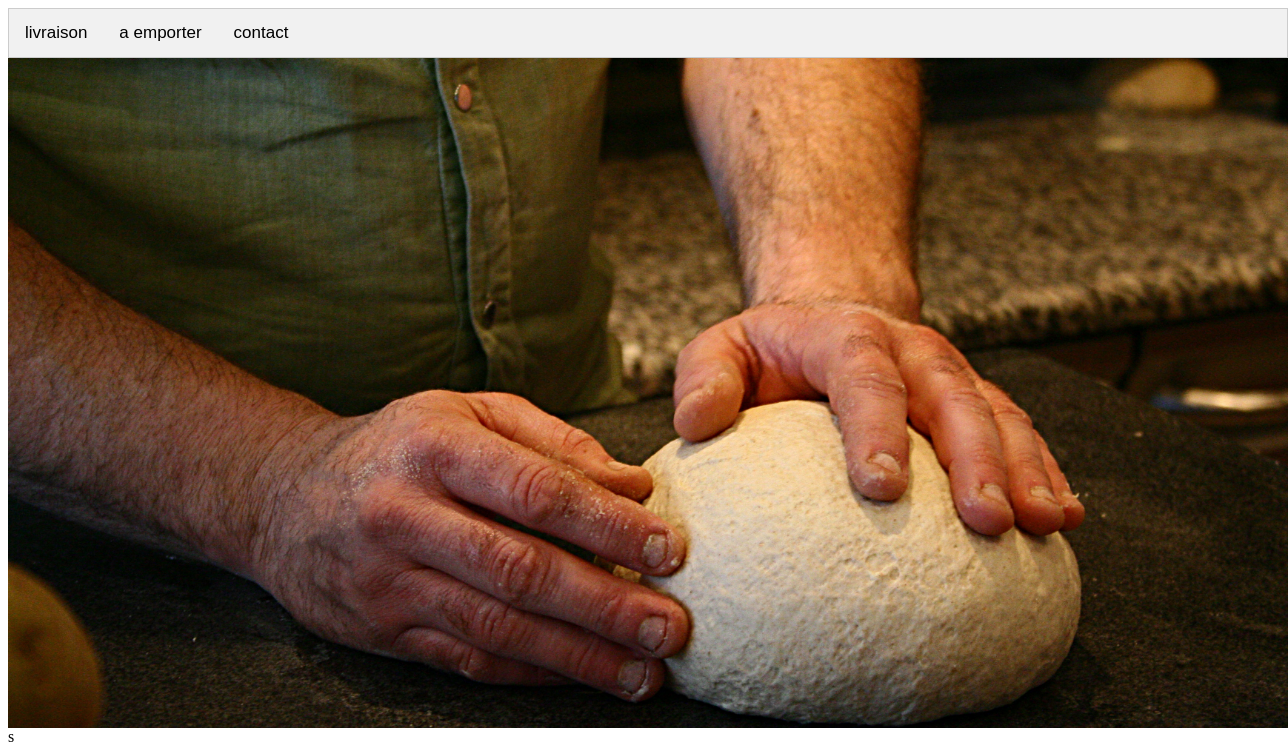
Repository: dev84-unalien/pippo_pizza
Page: admin.html
An editor plug-in stored every save of this project. The page is shown before and after the next save, followed by the edit.
The browser window is 1280 px wide. The page is 1288 px wide, so the pictures cover 1288 px, including what lies to the right of the window. The pictures show the whole page.

Above is the page before, as saved 2019-09-09 12:22:28.

### admin.html
<!DOCTYPE html>
<html lang="en">

<head>
    <meta charset="UTF-8">
    <meta name="viewport" content="width=device-width, initial-scale=1.0">
    <meta http-equiv="X-UA-Compatible" content="ie=edge">
    <title>pizzaria pippo</title>
    <link rel="stylesheet" href="admin.css">
    <script src="jquery-3.4.1.min.js"></script>
    <script src="admin.js"></script>

</head>

<body>
    <div id=unos>
        <div id=commande>



            <div class="tab">
                <button class="tablinks" onclick="openCity(event, 'livraison')">livraison</button>
                <button class="tablinks" onclick="openCity(event, 'emporter')">a emporter</button>
                <button class="tablinks" onclick="openCity(event, 'contact')">contact</button>
            </div>

            <div id="livraison" class="tabcontent">
                <h3>livraison</h3>
            </div>

            <div id="emporter" class="tabcontent">
                <h3>emporter</h3>

            </div>

            <div id="contact" class="tabcontent">
                <h3>contact</h3>
                <p>45 avenue des Frères Lumière 69008 Lyon</p>
                <p>
                    04 78 00 81 65</p>
            </div>




            </form>

        </div>

    </div>
</body>

</html>s

### admin.css
#unos {
  height: 100vh;
  width: 100vw;
  background-image: url("images/ajoutpizza.jpg");
  justify-content: cover;
  background-size: 100vw;

}

#formulaire {
  height: 50%;
  width: 50%;
  background-color: aliceblue;
}

#livraison {
  background-color: aquamarine;
}

#emporter {
  background-color: beige;
}

#contact {
  background-color: powderblue;
}

.tab {
  overflow: hidden;
  border: 1px solid #ccc;
  background-color: #f1f1f1;
}

/* Style the buttons inside the tab */

.tab button {
  background-color: inherit;
  float: left;
  border: none;
  outline: none;
  cursor: pointer;
  padding: 14px 16px;
  transition: 0.3s;
  font-size: 17px;
}

/* Change background color of buttons on hover */

.tab button:hover {
  background-color: red;
}

/* Create an active/current tablink class */

.tab button.active {
  background-color: red;
}

/* Style the tab content */

.tabcontent {
  display: none;
  padding: 6px 12px;
  border: 1px solid red;
  border-top: none;
}

Loaded but not shown: jquery-3.4.1.min.js (library); admin.js (no copy from this time; the picture is the same without it)

After the next save:
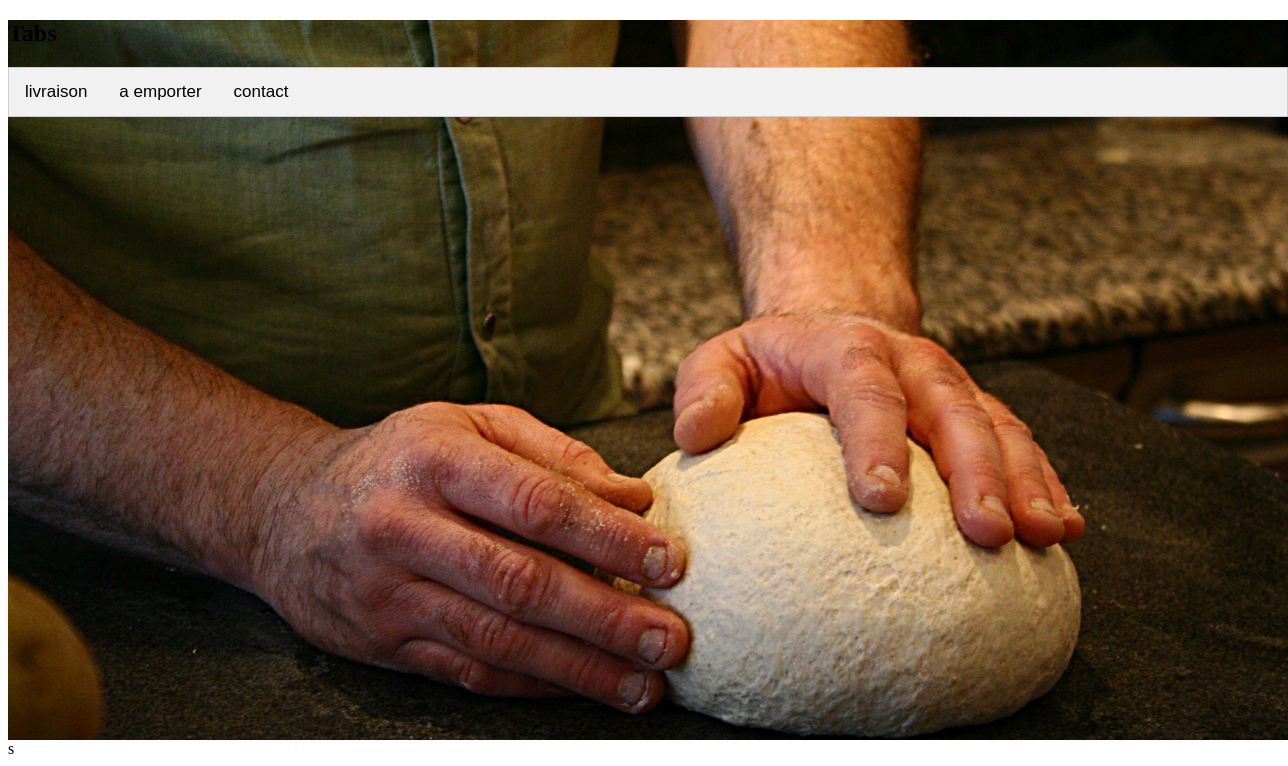
Saved 13 s later.
--- a/admin.html
+++ b/admin.html
@@ -16,6 +16,7 @@
     <div id=unos>
         <div id=commande>
 
+            <h2>Tabs</h2>
 
 
             <div class="tab">
